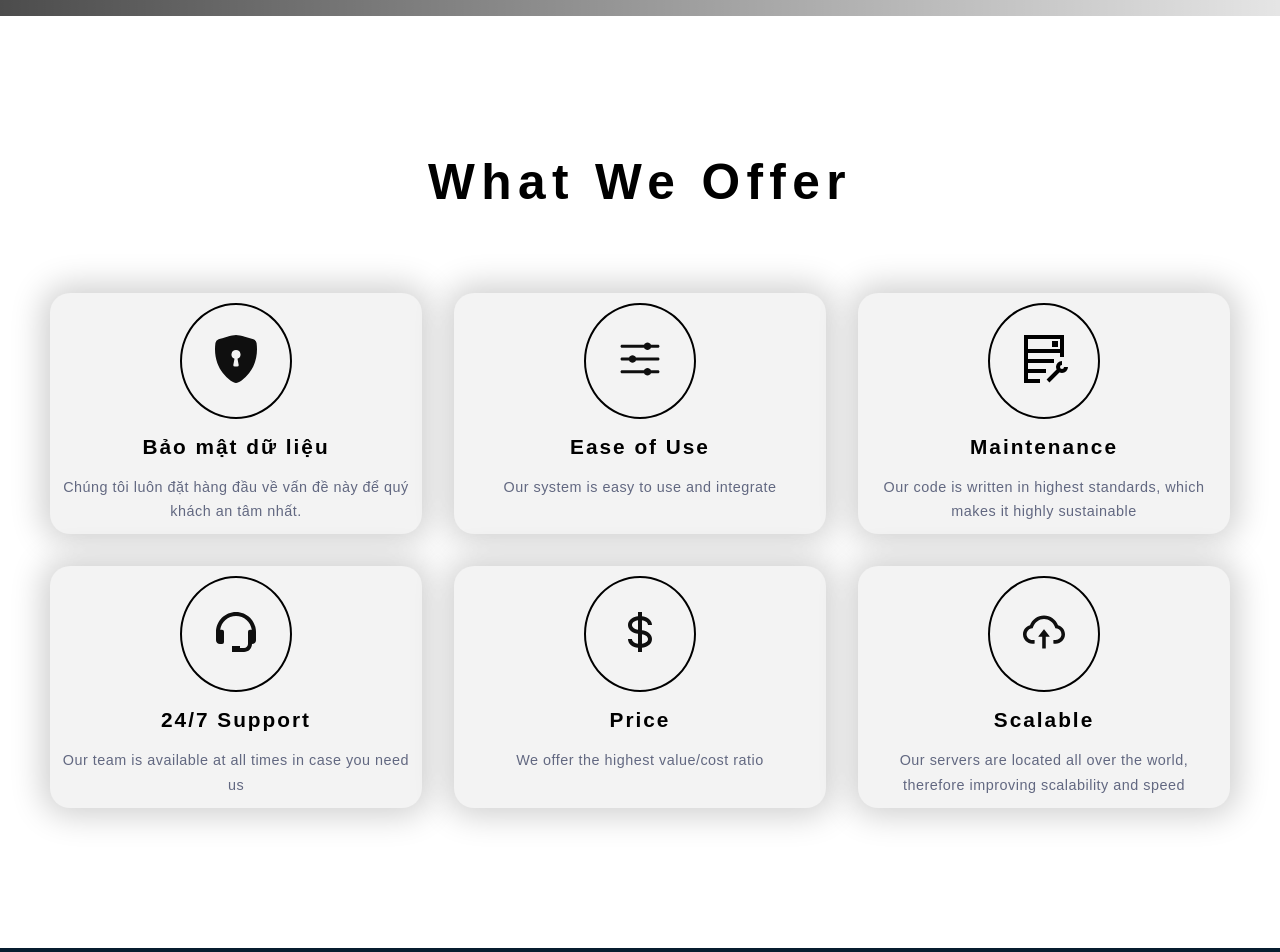
Repository: fdhhhdjd/Profile-Gift-B_H_Q_Trung
Page: /
These files come from the project's save history. The page is drawn as it stood at one moment and after the next save; the edit follows.
The browser window is 1280 px wide. The pictures show the part of the page from y = 704 to 1656 px (the page is 2018 px tall).
Pictures or frames that could not be fetched are drawn as grey boxes. The project was rebuilt for these pictures with package versions that can differ from the ones it lists, and the page was loaded fresh each time. Also part of the build but not shown: src/App.css, src/Styles/PricingStyles.js, src/Data/PricingData.js, src/Pages/PricingPage.js. Imported but missing from the stored project, and not drawn on this page: src/Pages/SignUpPage.

Above is the page before, as saved 2021-10-29 09:06:11.

After the next save:
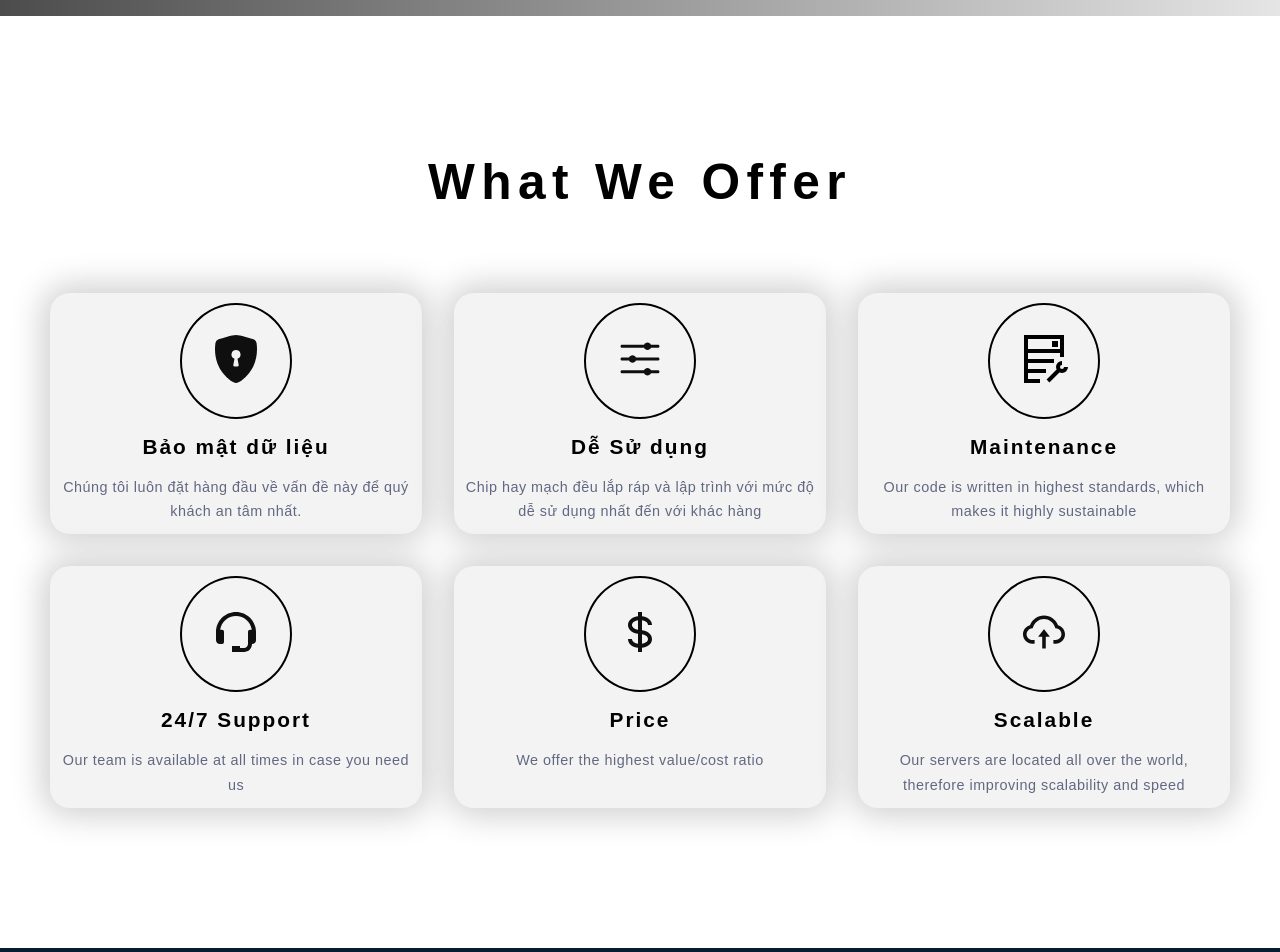
Saved 77 s later.
--- a/src/Data/FeaturesData.js
+++ b/src/Data/FeaturesData.js
@@ -16,8 +16,9 @@ export const featuresData = [
     imgClass: "one",
   },
   {
-    name: "Ease of Use",
-    description: "Our system is easy to use and integrate",
+    name: "Dễ Sử dụng",
+    description:
+      "Chip hay mạch đều lắp ráp và lập trình với mức độ dễ sử dụng nhất đến với khác hàng ",
     icon: iconStyle(IoIosOptions),
     imgClass: "two",
   },
